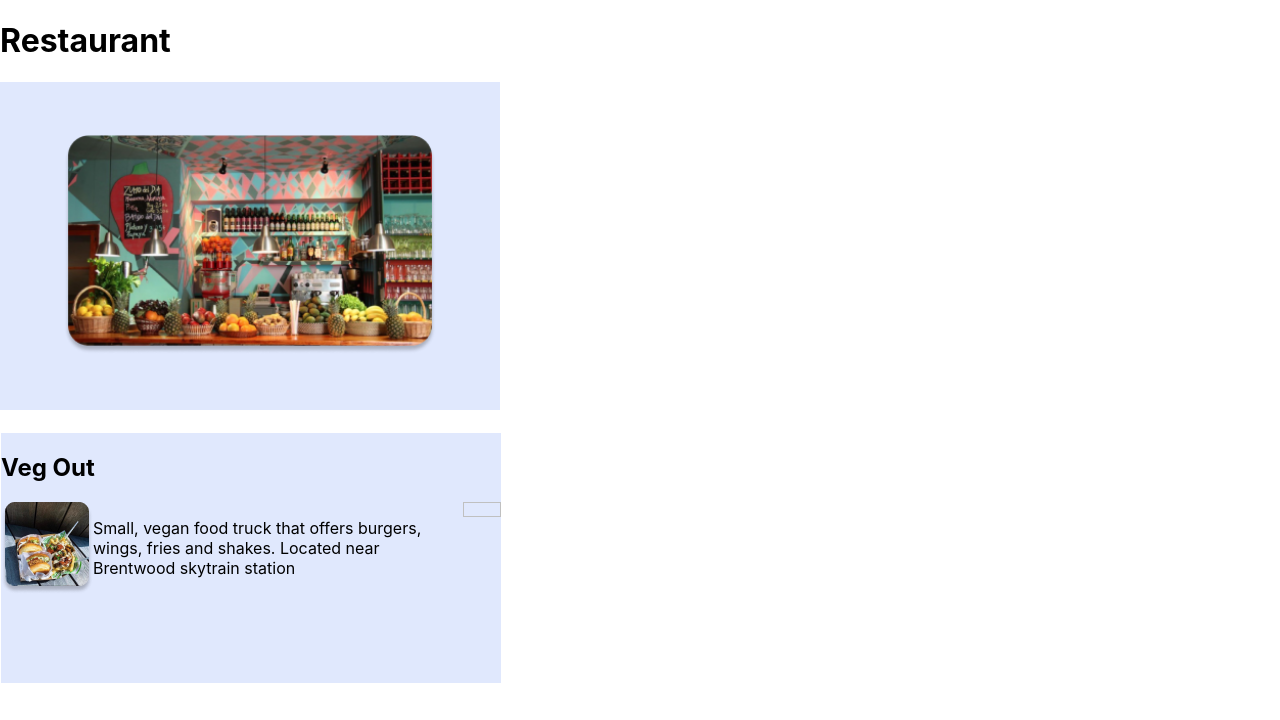
Repository: Kinakopan/design_mindfulEating_site
Page: /restaurant (app in firstapp/)
The author's editor kept a copy of each file at every save. The page is drawn from the files as they stood at one save, then again after the next save.
The browser window is 1280 px wide. The pictures show the whole page.
The project was rebuilt for these pictures with package versions that can differ from the ones it lists, and the page was loaded fresh each time. The framework's server and built-in components were replaced by stand-ins that run in the browser. Also part of the build but not shown: firstapp/next.config.js.

Above is the page before, as saved 2022-04-20 15:43:18.

After the next save:
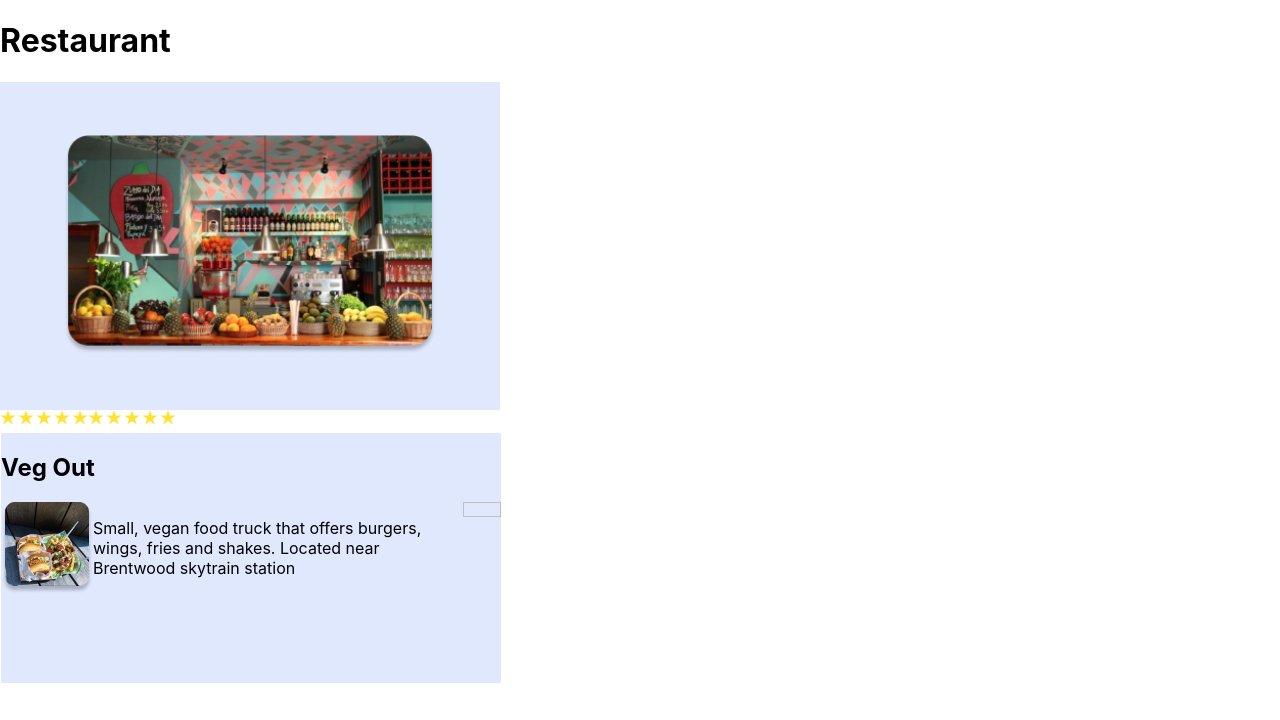
Saved 2 min 3 s later.
--- a/firstapp/comps/RestaurantCard.js
+++ b/firstapp/comps/RestaurantCard.js
@@ -40,6 +40,11 @@ const Title = styled.h2`
 `
 ;
 
+for(let i = 0; i< 2; i++){
+    const img = document.createElement("img");
+    img.src ="/start rating.png";
+    document.body.appendChild(img);
+}
 
 export default function RestaurantCard({
     img="/veg out.png",
